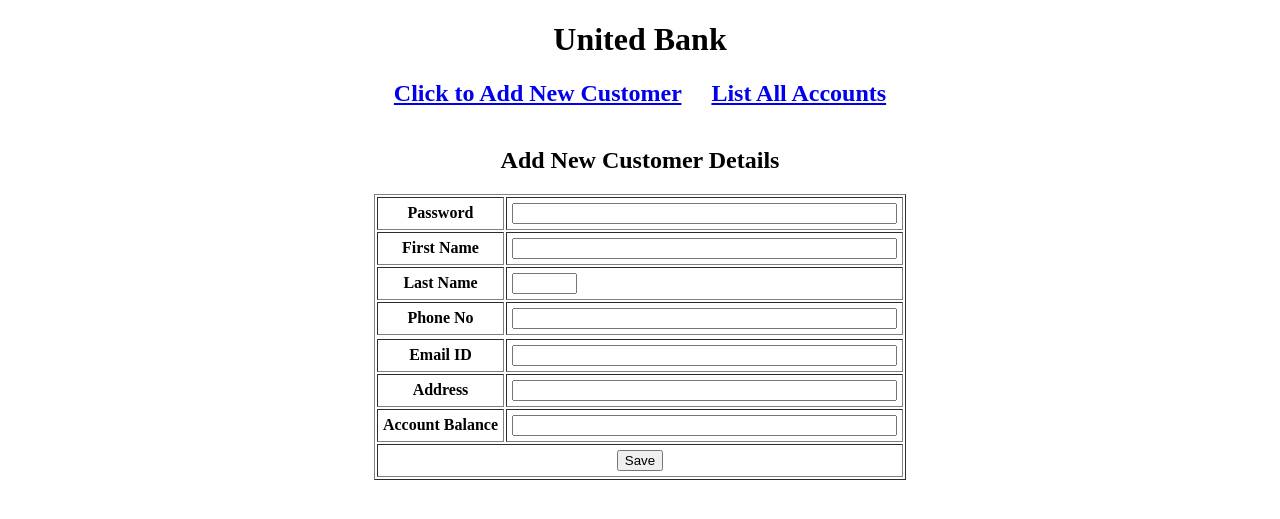
Repository: ameena017/bank-app
Page: http://localhost/banking-app/form.jsp
These files come from the project's save history. The page is drawn as it stood at one moment and after the next save; the edit follows.
The browser window is 1280 px wide. The pictures show the whole page.
The page is served by Tomcat 9. Nobody is signed in. The application's start-up code is not run. The template is opened directly, without the code that normally fills it, so the values that code supplies are empty.

Above is the page before, as saved 2017-09-18 04:42:57.

After the next save:
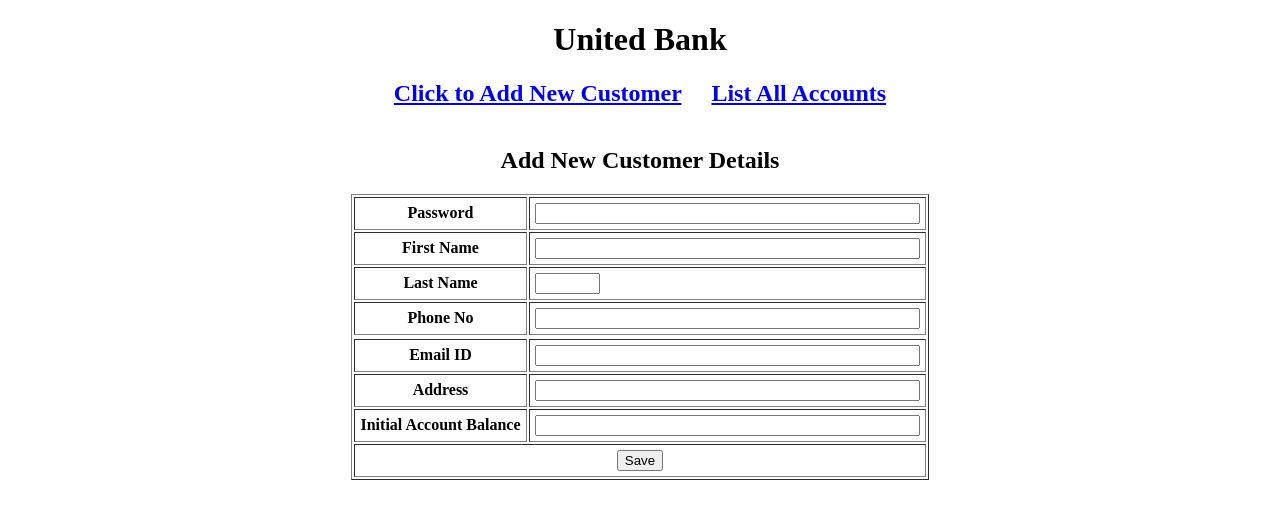
Saved 32 s later.
--- a/banking-app/WebContent/form.jsp
+++ b/banking-app/WebContent/form.jsp
@@ -93,7 +93,7 @@
             </tr>
 
             <tr>
-                <th>Account Balance </th>
+                <th>Initial Account Balance </th>
                 <td>
                     <input type="text" name="amount" size="45"
                             value="<c:out value='${bank.amount}' />"
